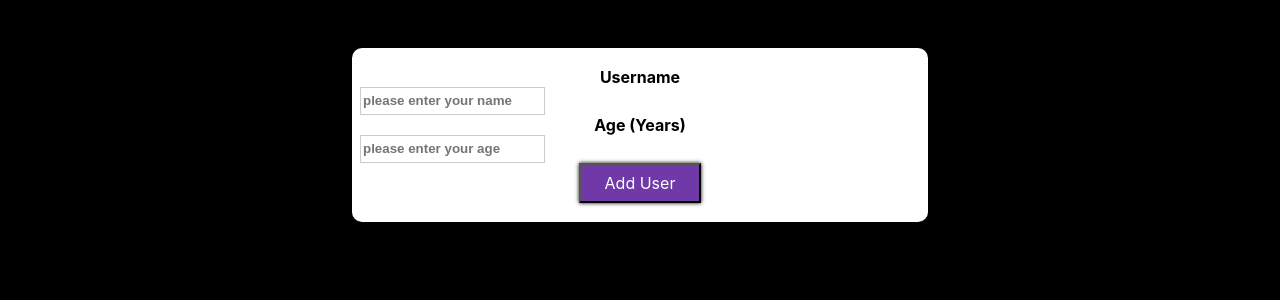
Repository: NamalPathirana/section-eight
Page: /
These files come from the project's save history. The page is drawn as it stood at one moment and after the next save; the edit follows.
The browser window is 1280 px wide. The pictures show the whole page.
The project was rebuilt for these pictures with package versions that can differ from the ones it lists, and the page was loaded fresh each time.

Above is the page before, as saved 2021-11-26 02:51:19.

After the next save:
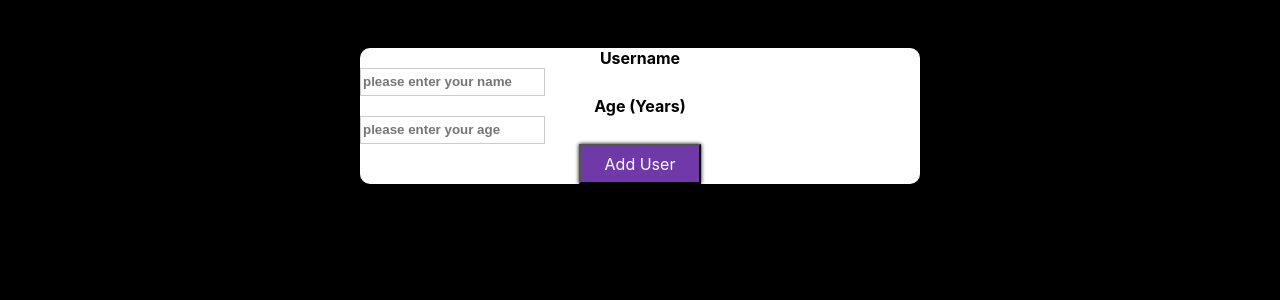
Saved 17 s later.
--- a/src/Components/UserInput/UserInput.module.css
+++ b/src/Components/UserInput/UserInput.module.css
@@ -1,6 +1,5 @@
 .frame{
-    margin: 0.5rem 0.5rem;
-    padding: 1.2rem 0.5rem;
+
     width: 35rem;
     max-width: 90%;
     margin: 3rem auto;

After the save that followed:
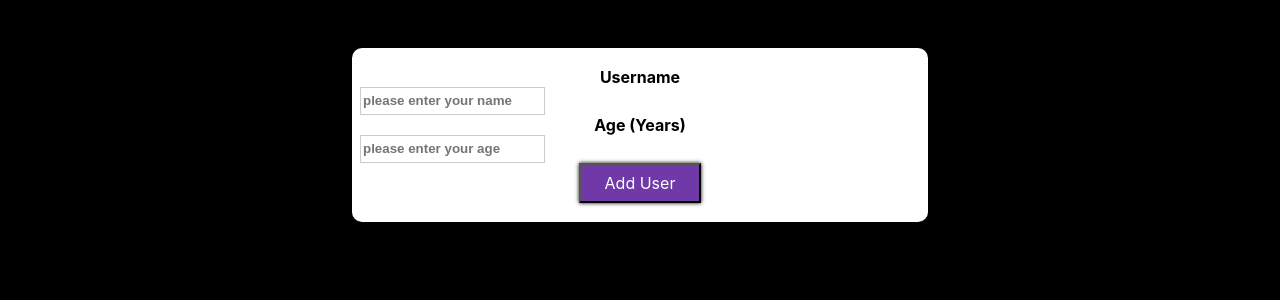
Saved 8 s later.
--- a/src/Components/UserInput/UserInput.module.css
+++ b/src/Components/UserInput/UserInput.module.css
@@ -1,5 +1,6 @@
 .frame{
-
+    margin: 0.5rem 0.5rem;
+    padding: 1.2rem 0.5rem;
     width: 35rem;
     max-width: 90%;
     margin: 3rem auto;
